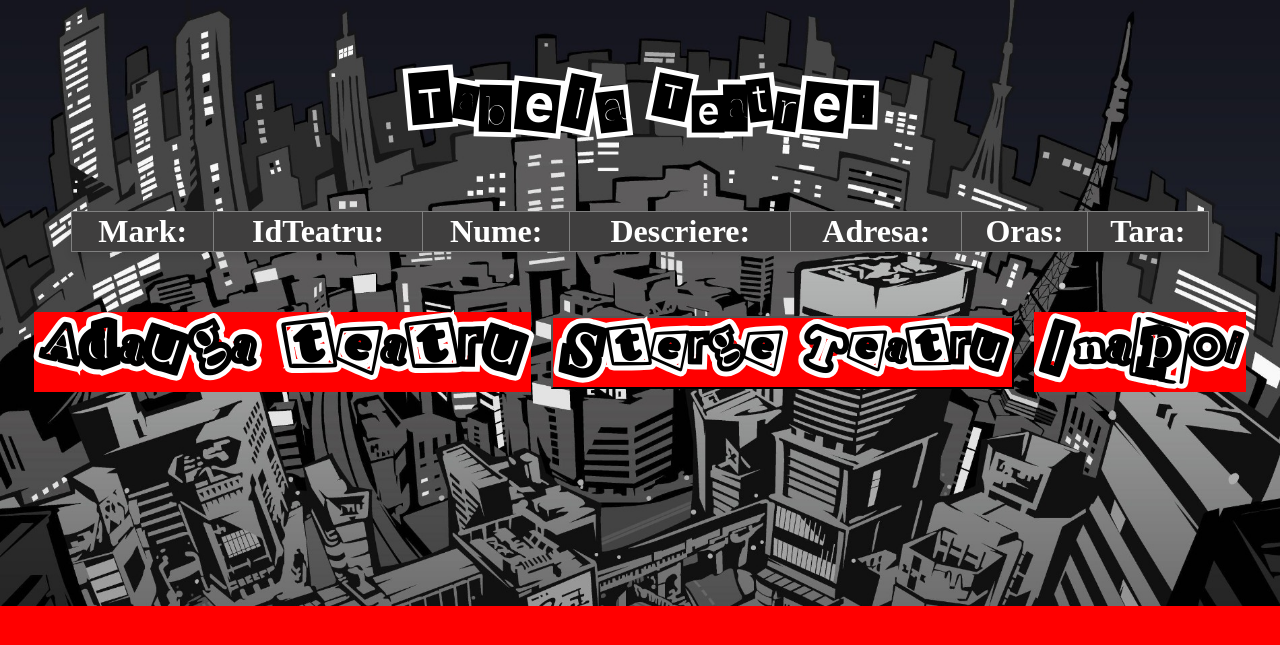
Repository: SusStefan/ActorDB
Page: http://localhost/Actori/tabela_teatre.jsp
These files come from the project's save history. The page is drawn as it stood at one moment and after the next save; the edit follows.
The browser window is 1280 px wide. The pictures show the whole page.
The page is served by Tomcat 9. Queries for data that is not in the repository find no rows.

Above is the page before, as saved 2025-12-15 23:01:26.

After the next save:
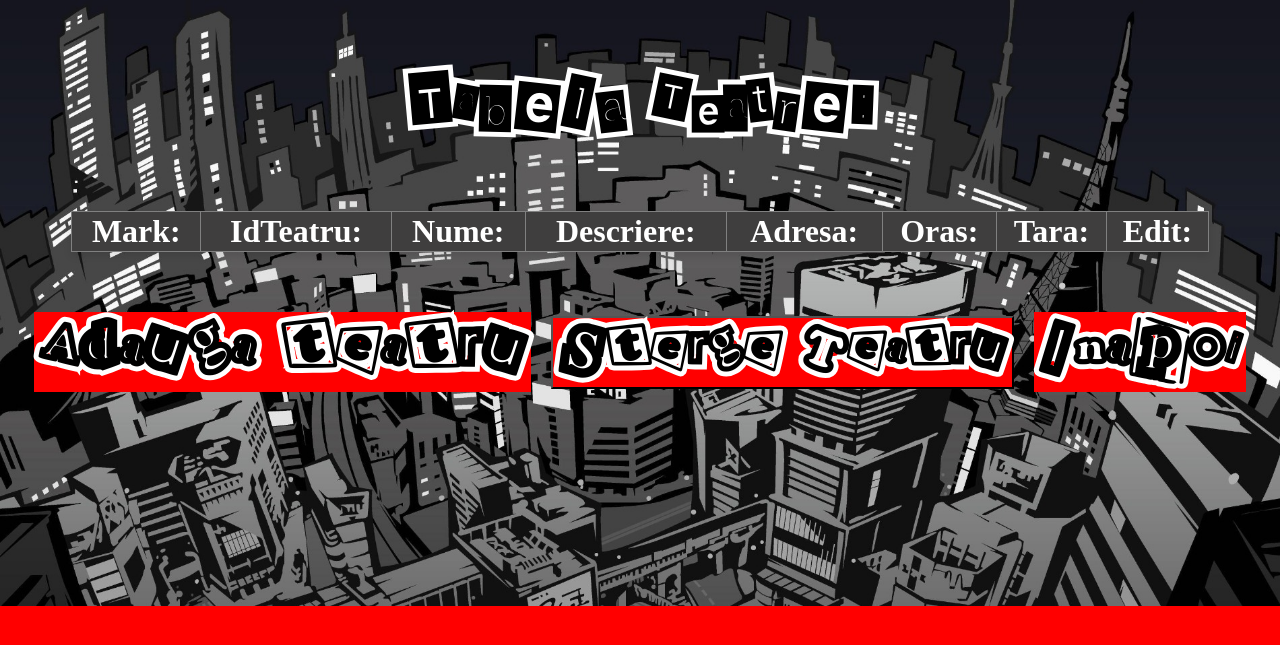
Saved 43 s later.
--- a/Actori/src/main/webapp/tabela_teatre.jsp
+++ b/Actori/src/main/webapp/tabela_teatre.jsp
@@ -23,6 +23,7 @@
  <td><b>Adresa:</b></td>
  <td><b>Oras:</b></td>
  <td><b>Tara:</b></td>
+ <td><b>Edit:</b></td>
  </tr>
  <%
  jb.connect();
@@ -38,6 +39,7 @@
  <td><%= rs.getString("adresa")%></td>
   <td><%= rs.getString("oras")%></td>
   <td><%= rs.getString("tara")%></td>
+  <td><a href="actor_m1.jsp?idactor=<%= x %>" class="action-button"><b>X</b></a></td>
  <%
  }
  %>
